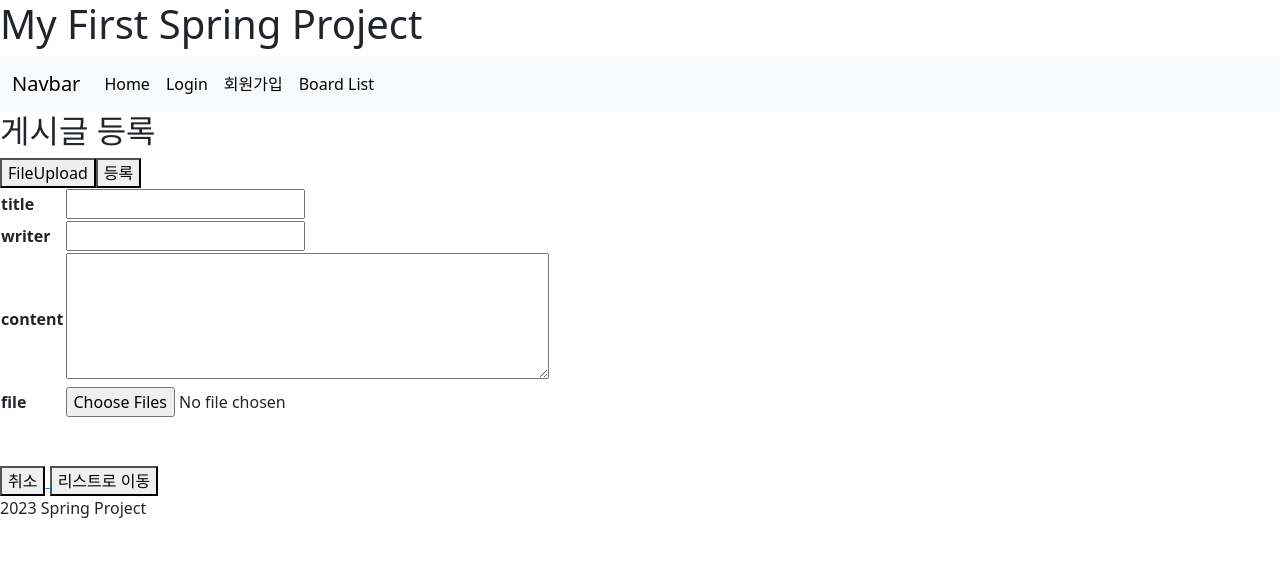
Repository: HongSeungBo/secondspring
Page: http://localhost/spring_test/WEB-INF/views/board/register.jsp
An editor plug-in stored every save of this project. The page is shown before and after the next save, followed by the edit.
The browser window is 1280 px wide. The pictures show the whole page.
The page is served by Tomcat 9. Nobody is signed in. The template is opened directly, without the code that normally fills it, so the values that code supplies are empty.

Above is the page before, as saved 2023-10-12 07:55:45.

After the next save:
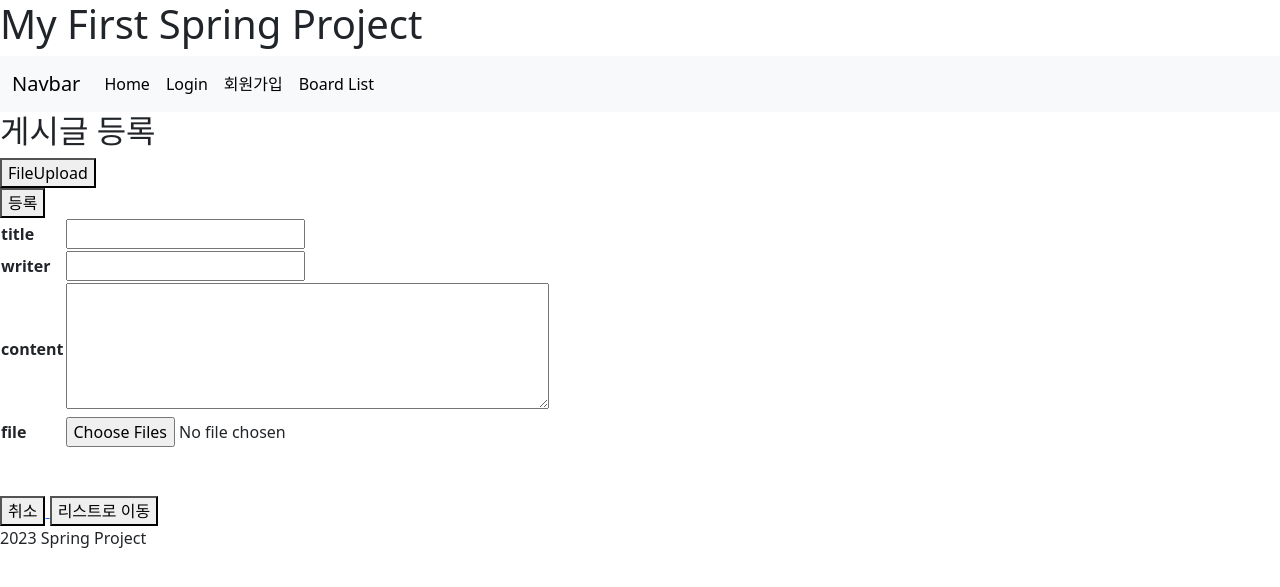
Saved 4 s later.
--- a/spring test/src/main/webapp/WEB-INF/views/board/register.jsp
+++ b/spring test/src/main/webapp/WEB-INF/views/board/register.jsp
@@ -37,7 +37,7 @@
 					<input type="file" id="file" name="files" multiple="multiple">
 				</td>
 			</tr>
-			<button>FileUpload</button>
+			<button>FileUpload</button><br>
 			<button type="submit">등록</button>
 		</table>
 	</form>
